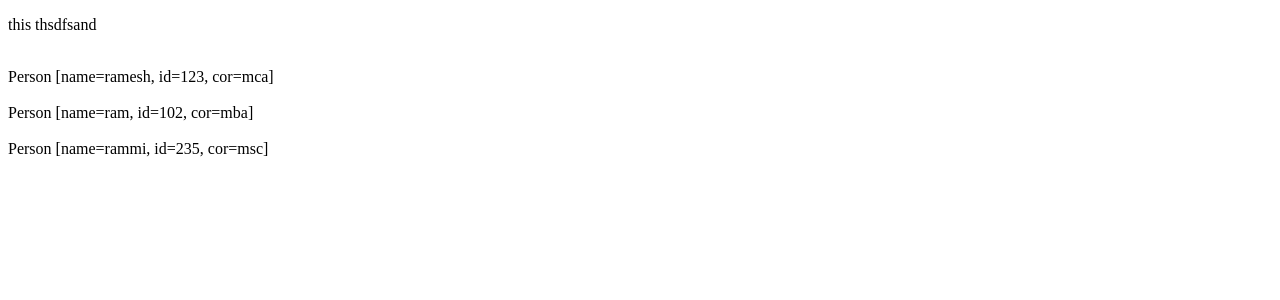
Repository: RameshMamidipelly/springMvc
Page: http://localhost/Demo/listj
The author's editor kept a copy of each file at every save. The page is drawn from the files as they stood at one save, then again after the next save.
The browser window is 1280 px wide. The pictures show the whole page.
The page is served by Tomcat 9.

Above is the page before, as saved 2020-03-04 18:38:00.

### Demo/src/main/webapp/WEB-INF/abc-servlet.xml
<?xml version="1.0" encoding="UTF-8"?>
<beans xmlns="http://www.springframework.org/schema/beans"
    xmlns:xsi="http://www.w3.org/2001/XMLSchema-instance"
    xmlns:context="http://www.springframework.org/schema/context"
    xmlns:mvc="http://www.springframework.org/schema/mvc"
    xsi:schemaLocation="
        http://www.springframework.org/schema/beans
        http://www.springframework.org/schema/beans/spring-beans.xsd
        http://www.springframework.org/schema/context
        http://www.springframework.org/schema/context/spring-context.xsd
        http://www.springframework.org/schema/mvc
        http://www.springframework.org/schema/mvc/spring-mvc.xsd">

    <!-- Provide support for component scanning -->
    <context:component-scan base-package="controllers" />

    <!--Provide support for conversion, formatting and validation -->
    <mvc:annotation-driven/>
    <bean class="org.springframework.web.servlet.view.InternalResourceViewResolver">
    <property name="prefix" value="/WEB-INF/jsp/"></property>
    <property name="suffix" value=".jsp"></property>
    </bean>

</beans>

### Demo/src/main/webapp/WEB-INF/jsp/listj.jsp

<%@ page language="java" import="java.util.*"
	contentType="text/html; charset=ISO-8859-1" pageEncoding="ISO-8859-1"
	isELIgnored="false"%>
<%@ taglib prefix="c" uri="http://java.sun.com/jsp/jstl/core" %>
<!DOCTYPE html PUBLIC "-//W3C//DTD HTML 4.01 Transitional//EN" "http://www.w3.org/TR/html4/loose.dtd">
<html>
<head>
<meta http-equiv="Content-Type" content="text/html; charset=ISO-8859-1">
<title>Insert title here</title>
</head>
<body>
<p>this thsdfsand</p>
<c:forEach var="ls" items="${person}" >
<br/>
${ls}
<br/>
</c:forEach>
</body>
</html>

### Demo/src/main/java/controllers/Controllerss.java
package controllers;

import java.util.ArrayList;
import java.util.Arrays;
import java.util.HashMap;
import java.util.List;
import java.util.Map;

import org.springframework.stereotype.Controller;
import org.springframework.ui.Model;
import org.springframework.ui.ModelMap;
import org.springframework.web.bind.annotation.ModelAttribute;
import org.springframework.web.bind.annotation.RequestMapping;
import org.springframework.web.servlet.ModelAndView;

import entity.Person;

@Controller
public class Controllerss {
	@RequestMapping("/result")
	public ModelAndView display(@ModelAttribute("st") Person st) {
		Map<String, String> m = new HashMap<String, String>();
		ModelMap mp = new ModelMap();
		m.put("msg", "ramesh");
		mp.addAttribute(st);
		mp.addAllAttributes(m);
		return new ModelAndView("result", mp);
	}

	@RequestMapping("/listj")
	public ModelAndView display(Model m) {
		List<Person> l = Arrays.asList(new Person("ramesh", 123, "mca"), new Person("ram", 102, "mba"),
				new Person("rammi", 235, "msc"));
		m.addAttribute("person",l);
		System.out.println(l);
		System.out.println(m);
		return new ModelAndView("listj");
	}

	@RequestMapping("/li")
	public ModelAndView displays(Model m) {
		List l=new ArrayList();
		l.add("ramesh");
		l.add("rammi");
		l.add("ram");
		l.add("pav");
		List l1=new ArrayList();
		l1.add("ramesh");
		l1.add("rammi");
		l1.add("ram");
		l1.add("pav");
		m.addAttribute("person",l);
		m.addAttribute("pro",l1);
		System.out.println(l);
		System.out.println(m);
		return new ModelAndView("listj");
	}




}

### Demo/src/main/java/entity/Person.java
package entity;

public class Person {
	private String name;
	private int id;
	private String cor;

	public Person(String name, int id, String cor) {
		super();
		this.name = name;
		this.id = id;
		this.cor = cor;
	}

	public String getName() {
		return name;
	}

	public void setName(String name) {
		this.name = name;
	}

	public int getId() {
		return id;
	}

	public void setId(int id) {
		this.id = id;
	}

	public String getCor() {
		return cor;
	}

	public void setCor(String cor) {
		this.cor = cor;
	}

	@Override
	public String toString() {
		return "Person [name=" + name + ", id=" + id + ", cor=" + cor + "]";
	}







}

After the next save:
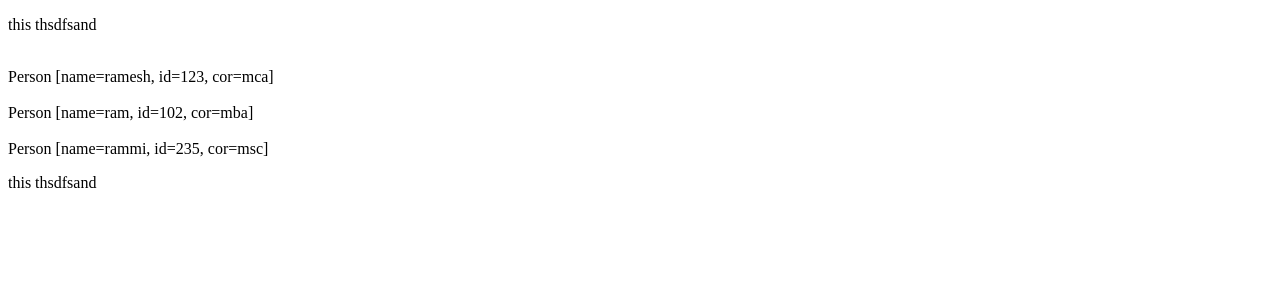
Saved 30 s later.
--- a/Demo/src/main/webapp/WEB-INF/jsp/listj.jsp
+++ b/Demo/src/main/webapp/WEB-INF/jsp/listj.jsp
@@ -16,5 +16,11 @@
 ${ls}
 <br/>
 </c:forEach>
+<p>this thsdfsand</p>
+<c:forEach var="ls" items="${pro}" >
+<br/>
+${ls}
+<br/>
+</c:forEach>
 </body>
 </html>
